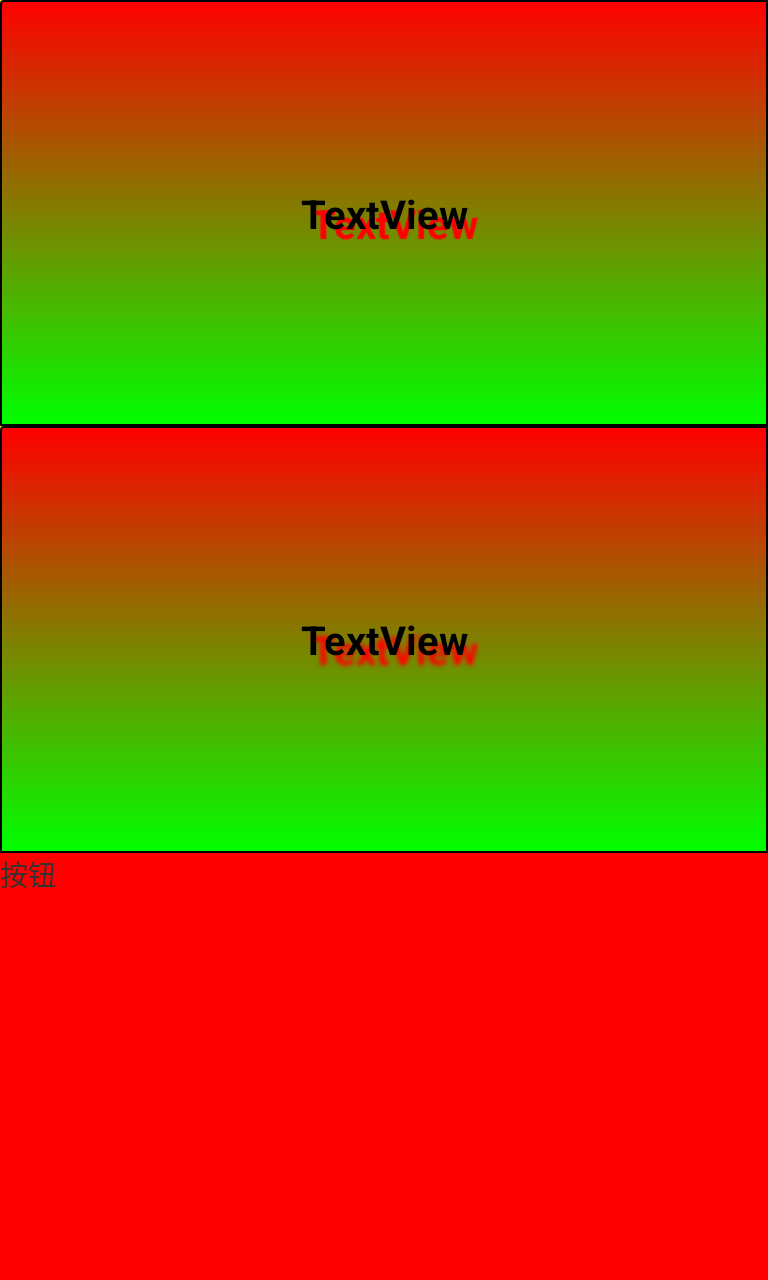
Repository: yhtaphp/yhtqgit
Layout: android/TextView/res/layout/activity_main.xml
These files come from the project's save history. The layout is drawn as it stood at one moment and after the next save; the edit follows.
It is drawn on a 768 x 1280 px phone screen (xhdpi) without system bars, with theme AppTheme; the app's code is not run.

Above is the layout before, as saved 2016-09-11 13:48:29.

### android/TextView/res/layout/activity_main.xml
<LinearLayout xmlns:android="http://schemas.android.com/apk/res/android"
    xmlns:tools="http://schemas.android.com/tools"
    android:layout_width="match_parent"
    android:layout_height="match_parent"
    tools:context="${relativePackage}.${activityClass}"
    android:background="#ffdd33"
    android:orientation="vertical"
     >

    <TextView
        android:id="@+id/text1"
        android:layout_width="match_parent"
        android:layout_height="0dp"
        android:layout_weight="1"
        android:gravity="center"
        android:background="@drawable/teststyle"
        android:textColor="#000"
        android:shadowDx="10"
        android:shadowDy="10"
        android:shadowColor="#f00"
        android:shadowRadius="0.1"
        android:textStyle="bold"
        android:textSize="20sp"
        android:text="TextView" />
        <TextView
        android:layout_width="match_parent"
        android:layout_height="0dp"
        android:layout_weight="1"
        android:gravity="center"
        android:background="@drawable/teststyle"
        android:textColor="#000"
        android:shadowDx="10"
        android:shadowDy="10"
        android:shadowColor="#f00"
        android:shadowRadius="3.0"
        android:textStyle="bold"
        android:textSize="20sp"
        android:text="TextView" />

   <LinearLayout
       android:layout_width="match_parent"
       android:layout_height="0dp"
       android:layout_weight="1"
       android:background="#fff"
       android:orientation="vertical" >

       <TextView
           android:layout_width="match_parent"
           android:layout_height="wrap_content"
           android:layout_gravity="center|top"
           android:layout_weight="0.16"
           android:background="#f00"
           android:text="按钮" />
   </LinearLayout>

</LinearLayout>

### android/TextView/res/drawable-ldpi/teststyle.xml
<?xml version="1.0" encoding="utf-8"?>
<shape xmlns:android="http://schemas.android.com/apk/res/android" >
    <!-- 设置一个边框 -->
    <stroke android:width="2px" android:color="#000"/>

    <gradient
        android:angle="270"
        android:startColor="#f00"
        android:endColor="#0f0"/>

    <!-- 设置内边距 -->
    <padding
        android:left="5px"
        android:right="5px"
        android:top="5px"
        android:bottom="5px"
        />
    <corners android:topLeftRadius="3px"/>

</shape>

Loaded but not shown: android/TextView/res/values/styles.xml (common file); android/TextView/res/values-v11/styles.xml (common file); android/TextView/res/values-v14/styles.xml (common file)

After the next save:
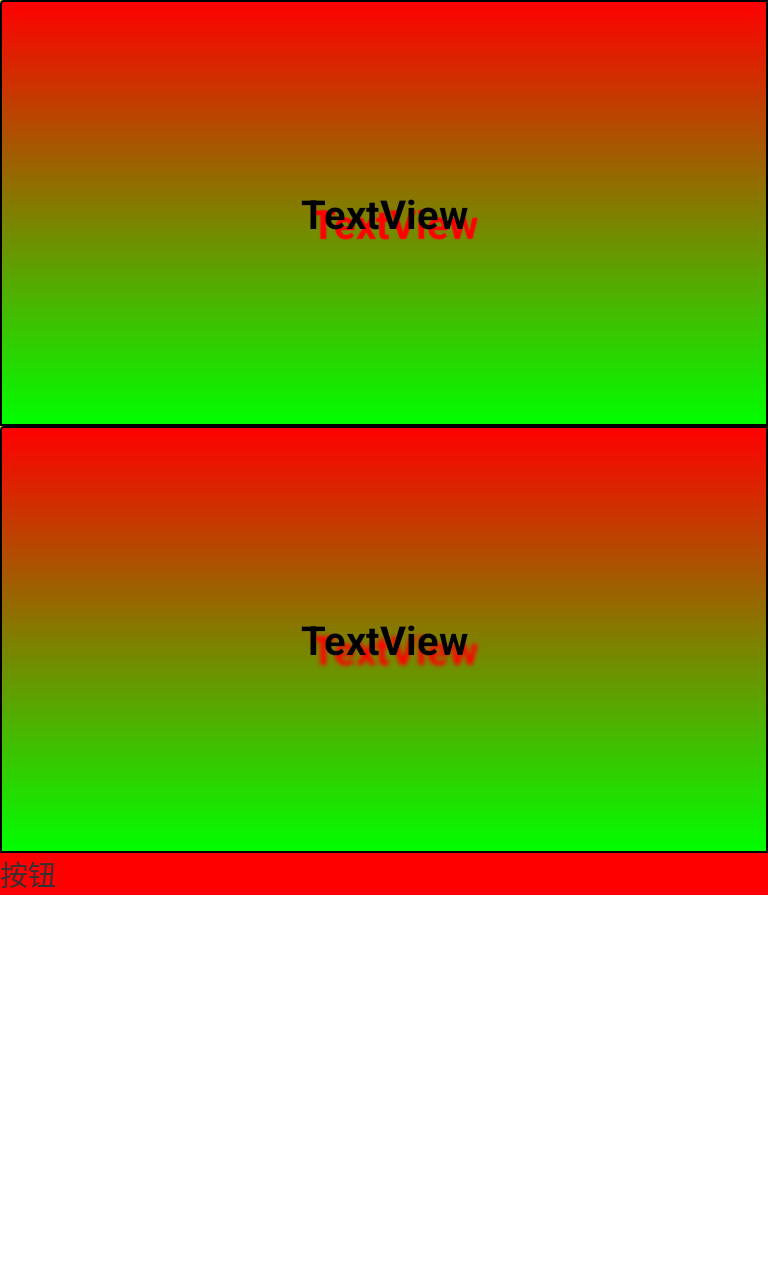
Saved 24 s later.
--- a/android/TextView/res/layout/activity_main.xml
+++ b/android/TextView/res/layout/activity_main.xml
@@ -47,8 +47,7 @@
        <TextView
            android:layout_width="match_parent"
            android:layout_height="wrap_content"
-           android:layout_gravity="center|top"
-           android:layout_weight="0.16"
+           android:layout_gravity="center|end"
            android:background="#f00"
            android:text="按钮" />
    </LinearLayout>
